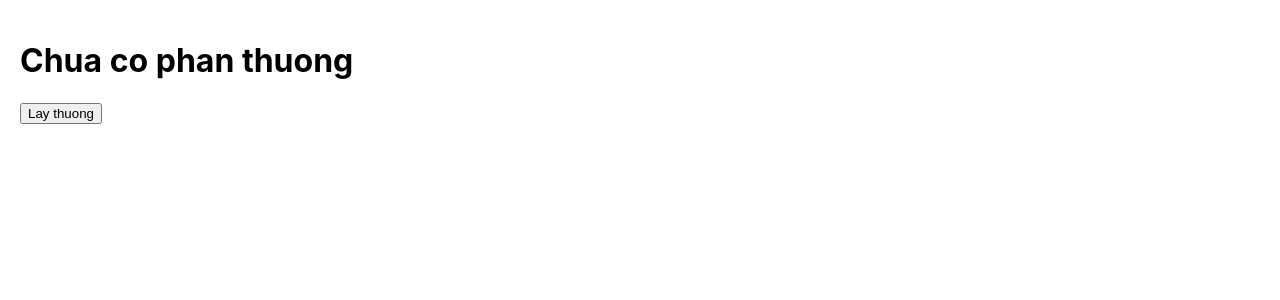
Repository: ducthanglinh/tiktok-clone
Page: /
The author's editor kept a copy of each file at every save. The page is drawn from the files as they stood at one save, then again after the next save.
The browser window is 1280 px wide. The pictures show the whole page.
The project was rebuilt for these pictures with package versions that can differ from the ones it lists, and the page was loaded fresh each time.

Above is the page before, as saved 2022-09-23 19:07:57.

After the next save:
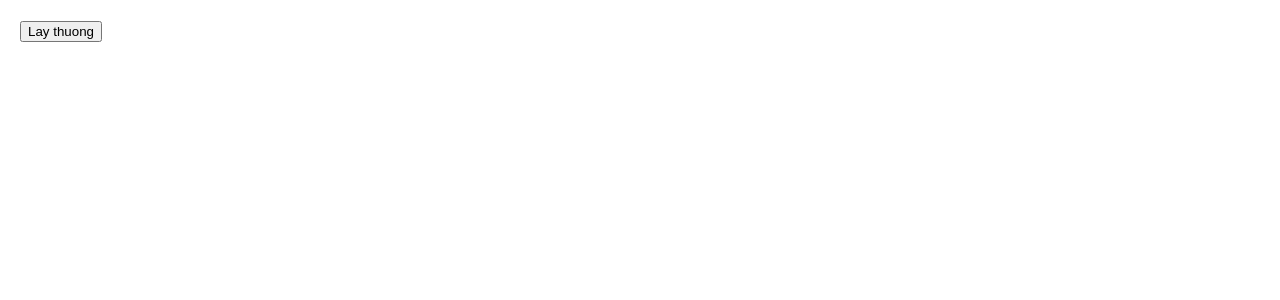
Saved 35 min 50 s later.
--- a/src/App.js
+++ b/src/App.js
@@ -1,6 +1,19 @@
 import { useState } from "react";
 
-const gifts = ["CPU", "Card", "Mouse"];
+const courses = [
+  {
+    id: 1,
+    name: "Javascript",
+  },
+  {
+    id: 2,
+    name: "PHP",
+  },
+  {
+    id: 3,
+    name: "NodeJs",
+  },
+];
 function App() {
   const [gift, randomGift] = useState();
 
@@ -10,7 +23,12 @@ function App() {
   };
   return (
     <div className="App" style={{ padding: 20 }}>
-      <h1> {gift || "Chua co phan thuong"}</h1>
+      {courses.map((course) => {
+        <div key={course.id}>
+          <input type="radio" />
+          {course.name}
+        </div>;
+      })}
       <button onClick={handle}>Lay thuong</button>
     </div>
   );
